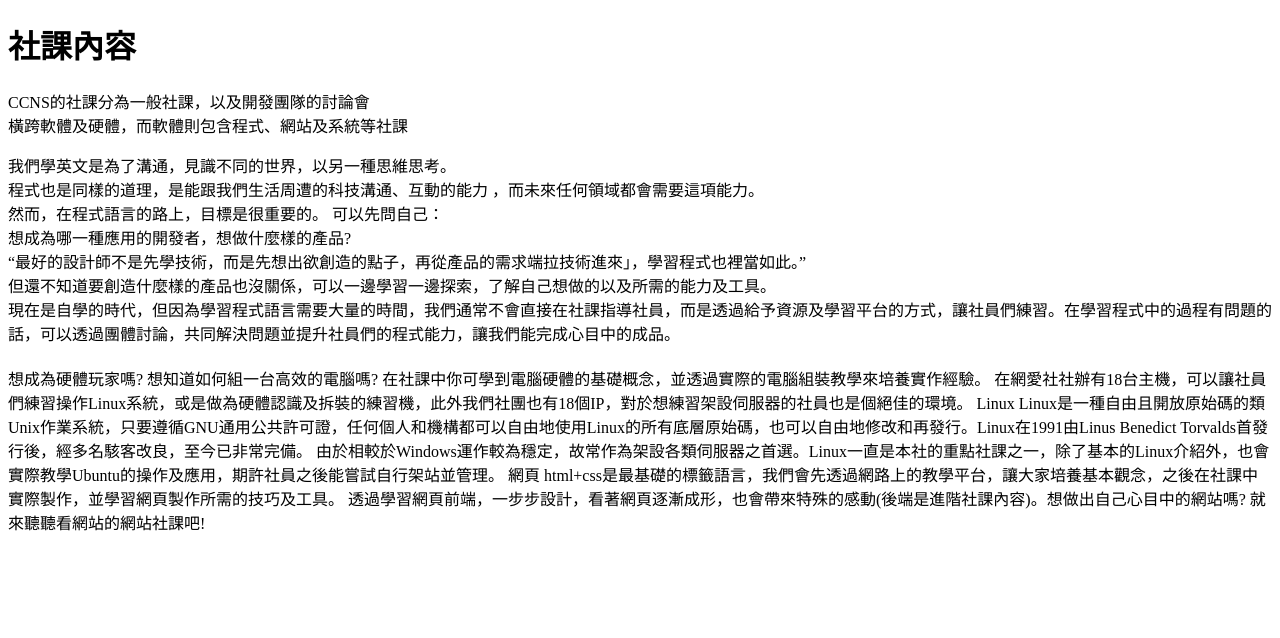
Repository: ccns/ccns_website
Page: classes.html
The author's editor kept a record of every edit. The page is drawn from the files as they stood at one moment, then again after the next edit.
The browser window is 1280 px wide. The pictures show the whole page.

Above is the page before.

### classes.html
<!DOCTYPE html>
<html>
<head>
	<div id="DivClubClassContent">
		<h1>社課內容</h1>
		<p>CCNS的社課分為一般社課，以及開發團隊的討論會
		<br>橫跨軟體及硬體，而軟體則包含程式、網站及系統等社課</p>

		<h1程式></h1>
		<p>我們學英文是為了溝通，見識不同的世界，以另一種思維思考。
		<br>程式也是同樣的道理，是能跟我們生活周遭的科技溝通、互動的能力 ，而未來任何領域都會需要這項能力。
		<br>然而，在程式語言的路上，目標是很重要的。 可以先問自己：
		<br>想成為哪一種應用的開發者，想做什麼樣的產品?
		<br>“最好的設計師不是先學技術，而是先想出欲創造的點子，再從產品的需求端拉技術進來」，學習程式也裡當如此。”
		<br>但還不知道要創造什麼樣的產品也沒關係，可以一邊學習一邊探索，了解自己想做的以及所需的能力及工具。
		<br>現在是自學的時代，但因為學習程式語言需要大量的時間，我們通常不會直接在社課指導社員，而是透過給予資源及學習平台的方式，讓社員們練習。在學習程式中的過程有問題的話，可以透過團體討論，共同解決問題並提升社員們的程式能力，讓我們能完成心目中的成品。
		</p>

		<h1></h1>
		<p></p>

		<h1></h1>
		<p></p>

		<h1></h1>
		<p></p>

		<h1></h1>
		<p></p>





想成為硬體玩家嗎?  想知道如何組一台高效的電腦嗎?  在社課中你可學到電腦硬體的基礎概念，並透過實際的電腦組裝教學來培養實作經驗。
在網愛社社辦有18台主機，可以讓社員們練習操作Linux系統，或是做為硬體認識及拆裝的練習機，此外我們社團也有18個IP，對於想練習架設伺服器的社員也是個絕佳的環境。

Linux
Linux是一種自由且開放原始碼的類Unix作業系統，只要遵循GNU通用公共許可證，任何個人和機構都可以自由地使用Linux的所有底層原始碼，也可以自由地修改和再發行。Linux在1991由Linus Benedict Torvalds首發行後，經多名駭客改良，至今已非常完備。
由於相較於Windows運作較為穩定，故常作為架設各類伺服器之首選。Linux一直是本社的重點社課之一，除了基本的Linux介紹外，也會實際教學Ubuntu的操作及應用，期許社員之後能嘗試自行架站並管理。


網頁

html+css是最基礎的標籤語言，我們會先透過網路上的教學平台，讓大家培養基本觀念，之後在社課中實際製作，並學習網頁製作所需的技巧及工具。  透過學習網頁前端，一步步設計，看著網頁逐漸成形，也會帶來特殊的感動(後端是進階社課內容)。想做出自己心目中的網站嗎? 就來聽聽看網站的網站社課吧!

	</div>

</head>
<body>
</body>
</html>

After the next edit:
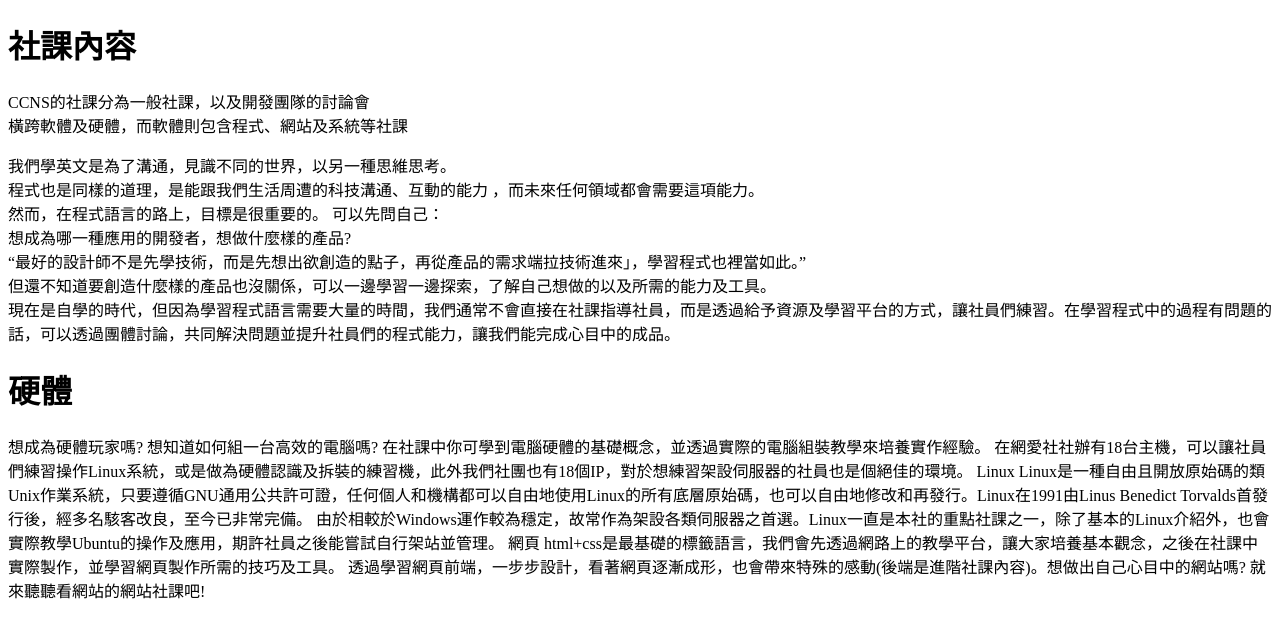
The edit:
--- a/classes.html
+++ b/classes.html
@@ -16,7 +16,7 @@
 		<br>現在是自學的時代，但因為學習程式語言需要大量的時間，我們通常不會直接在社課指導社員，而是透過給予資源及學習平台的方式，讓社員們練習。在學習程式中的過程有問題的話，可以透過團體討論，共同解決問題並提升社員們的程式能力，讓我們能完成心目中的成品。
 		</p>
 
-		<h1></h1>
+		<h1>硬體</h1>
 		<p></p>
 
 		<h1></h1>
